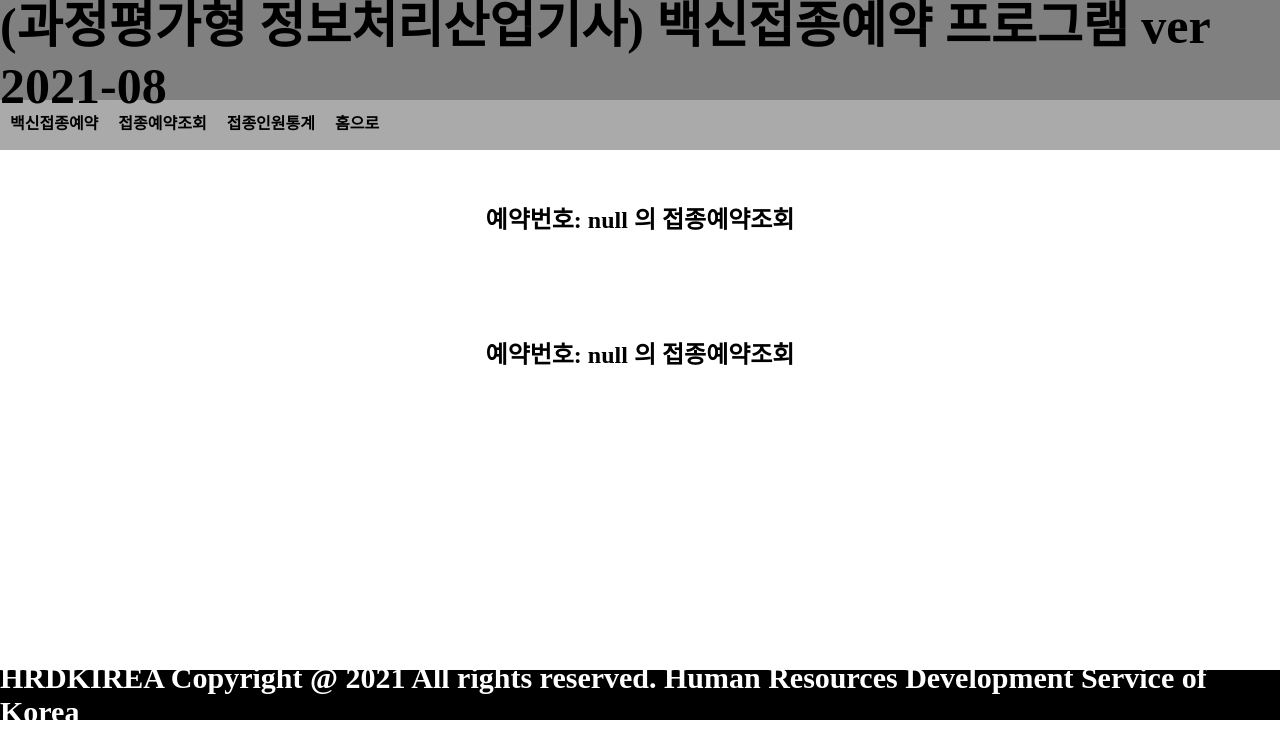
Repository: Ranranruo/info-processing
Page: http://localhost/20250424/view.jsp
An editor plug-in stored every save of this project. The page is shown before and after the next save, followed by the edit.
The browser window is 1280 px wide. The pictures show the whole page.
The page is served by Tomcat 9. Queries for data that is not in the repository find no rows.

Above is the page before, as saved 2025-04-24 07:15:18.
Console error: TypeError: Cannot read properties of null (reading 'addEventListener')

After the next save:
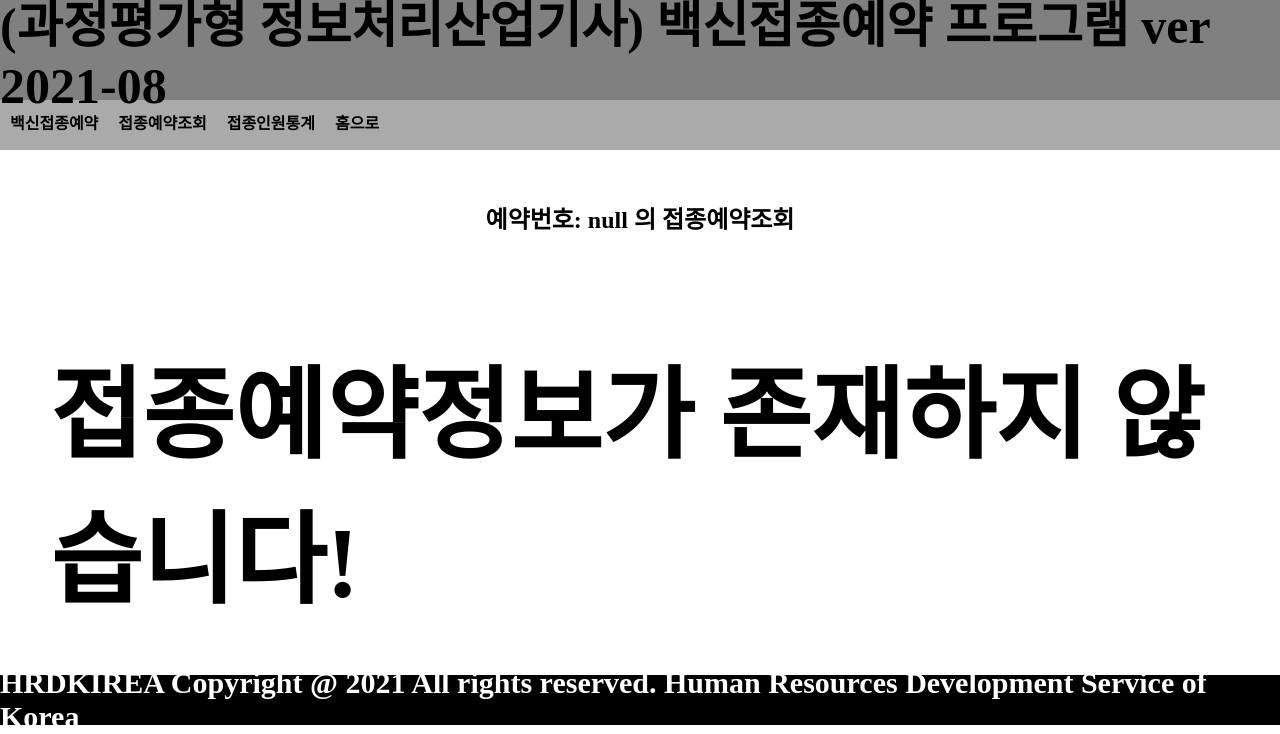
Saved 37 s later.
--- a/20250424/src/main/webapp/view.jsp
+++ b/20250424/src/main/webapp/view.jsp
@@ -56,7 +56,7 @@ td{ border: 1px solid black; padding: .5em 1em;}
 </table>
 </form>
 <% } else { %>
-<h1 class="c" style="padding: 50px;">예약번호: <%=no %> 의 접종예약조회</h1>
+<h1 class="c" style="font-size: 100px; padding: 50px;">접종예약정보가 존재하지 않습니다!</h1>
 <% } %>
 </section>
 <footer class="c" style="background-color: black; color: #fff; font-weight: bold; font-size: 30px; height: 50px;">HRDKIREA Copyright @ 2021 All rights reserved. Human Resources Development Service of Korea</footer>
